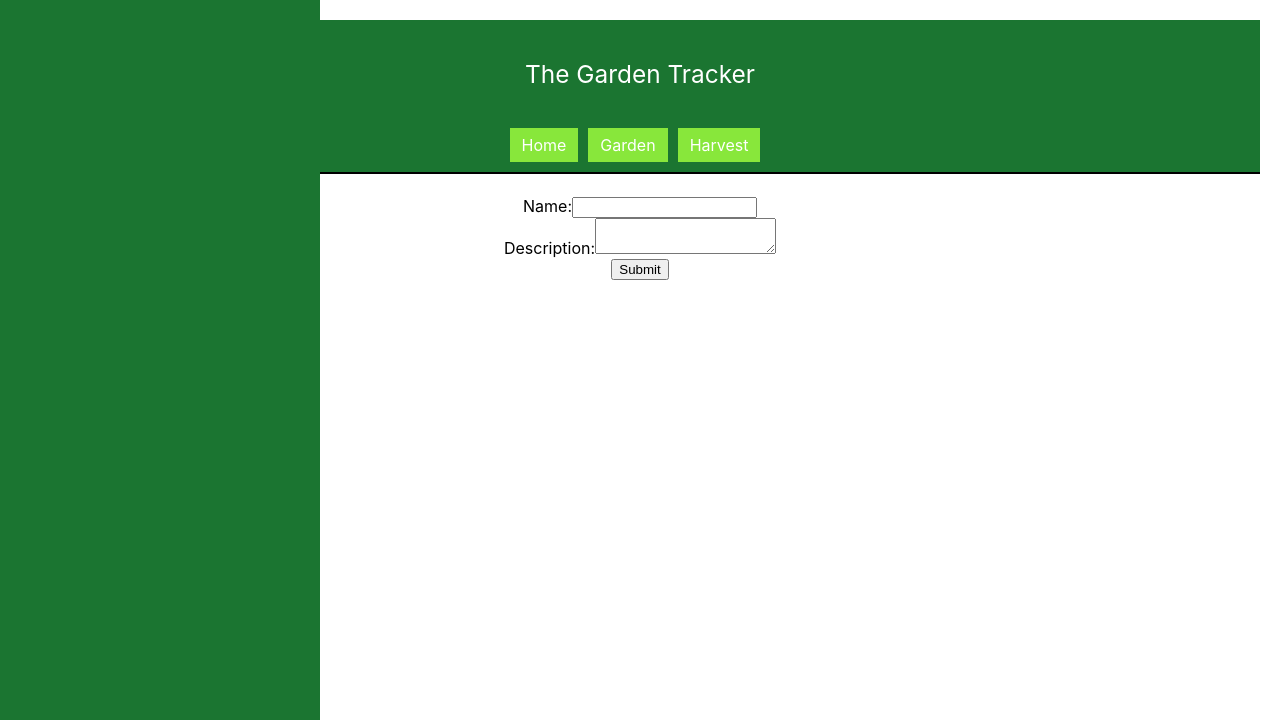
Repository: charliejp0311/ReactReduxFinal
Page: /garden (app in gardentracker/)
The author's editor kept a copy of each file at every save. The page is drawn from the files as they stood at one save, then again after the next save.
The browser window is 1280 px wide. The pictures show the whole page.
The page's requests for data from a server got no answer. The project was rebuilt for these pictures with package versions that can differ from the ones it lists, and the page was loaded fresh each time. No one was signed in, and anything a server would have sent is missing. Also part of the build but not shown: gardentracker/src/containers/GardenbookContainer.js, gardentracker/src/components/GardenPlant.js, gardentracker/src/components/HarvestPlant.js, gardentracker/src/containers/HarvestContainer.js, gardentracker/src/components/UpdatePlantForm.js, gardentracker/src/components/NoteForm.js, gardentracker/src/components/noteList.js, gardentracker/src/containers/PlantContainer.js and 1 more.

Above is the page before, as saved 2020-11-12 09:31:31.

### gardentracker/src/index.js
import React from 'react';
import ReactDOM from 'react-dom';
//style
import './index.css';
//APP
import App from './containers/App';
//Reducer
import reducer from './redux/index'
//router
import { BrowserRouter } from "react-router-dom";
//store and middleware
import { Provider } from 'react-redux';
import { applyMiddleware, createStore } from 'redux';
import { composeWithDevTools } from 'redux-devtools-extension';
import thunk from 'redux-thunk';

const store = createStore(reducer, composeWithDevTools(
  applyMiddleware(thunk),
));


ReactDOM.render(
  <Provider store={store}>
    <BrowserRouter>
      <App />
    </BrowserRouter>
  </Provider>,
  document.getElementById('root')
);

### gardentracker/src/containers/App.js
import React,{Component} from 'react';
import '../App.css';
import { connect } from 'react-redux';
import {startSetGardenbook} from '../redux/actions';
import {Switch,Route} from 'react-router-dom';
import GardenbookContainer from './GardenbookContainer';
import GardenContainer from './GardenContainer';
import HarvestContainer from './HarvestContainer';
import PlantContainer from './PlantContainer';
import NavBar from '../components/Navbar';
import HarvestedPlant from '../components/HarvestedPlant';

class App extends Component {


  componentDidMount(){
    this.props.startSetGardenbook();

  };

  render(){
    return (
      <div className="App">
          <header className="App-header">
            The Garden Tracker
          </header>
          <NavBar />
          <Switch>
            <Route exact path='/' render={(props)=><GardenbookContainer {...props} />} />
            <Route exact path='/garden' render={(props)=><GardenContainer {...props} />}/>
            <Route exact path='/harvest' render={(props)=><HarvestContainer {...props}/>}/>
            <Route exact path='/plants/:id' render={(props)=><PlantContainer {...props}  />}/>
            <Route exact path='/harvested_plant/:id' render={props=><HarvestedPlant {...props} />} />
          </Switch>
      </div>
    );
  };
}

export default connect(null, {startSetGardenbook})(App);

### gardentracker/src/redux/index.js
import { combineReducers } from 'redux';
import garden from './GardenReducer'

export default combineReducers({
    garden
})

### gardentracker/src/App.css
.App {
  text-align: center;
  transition: margin-left .5s;
  padding: 20px;
}

.App-logo {
  height: 40vmin;
  pointer-events: none;
}

/* @media (prefers-reduced-motion: no-preference) {
  .App-logo {
    animation: App-logo-spin infinite 20s linear;
  }
} */

.App-header {
  background-color: #1b7531;
  min-height: 15vh;
  display: flex;
  flex-direction: column;
  align-items: center;
  justify-content: center;
  font-size: calc(10px + 2vmin);
  color: white;
}
.sidenav {
  height: 100%;
  width: 25%;
  /* 0 width - change this with JavaScript */
  position: fixed;
  /* Stay in place */
  z-index: 1;
  /* Stay on top */
  top: 0;
  /* Stay at the top */
  left: 0;
  background-color: #1b7531;
  /* Black*/
  overflow-x: hidden;
  /* Disable horizontal scroll */
  padding-top: 60px;
  /* Place content 60px from the top */
  transition: 0.5s;
  /* 0.5 second transition effect to slide in the sidenav */
}

/* The navigation menu links */
.sidenav a {
  padding: 8px 8px 8px 32px;
  text-decoration: none;
  font-size: 25px;
  color: #818181;
  display: block;
  transition: 0.3s;
}

/* When you mouse over the navigation links, change their color */
.sidenav a:hover {
  color: #f1f1f1;
}

/* Position and style the close button (top right corner) */
.sidenav .closebtn {
  position: absolute;
  top: 0;
  right: 25px;
  font-size: 36px;
  margin-left: 50px;
}



/* On smaller screens, where height is less than 450px, change the style of the sidenav (less padding and a smaller font size) */
@media screen and (max-height: 450px) {
  .sidenav {
    padding-top: 15px;
  }

  .sidenav a {
    font-size: 18px;
  }
}

ul {
  list-style: none;
}

.garden div {
  column-count: auto;
}
.App-link {
  color: #beebf8;
}

.garden {
  display: grid;
  grid-template-columns: 3fr;
  grid-template-rows: auto;
  grid-gap: 25px;
  padding-top: 10px;
  padding-bottom: 30px;
}

.plant {
  height: auto;
  width: auto;
  box-shadow: 10px 10px grey;
  padding: 10px;
  border-radius: 10px;
}

.navBar a:link,
.navBar a:visited {
  background-color: #88e73b;
  color: white;
  padding: 7px 12px;
  text-align: center;
  text-decoration: none;
  display: inline-block;
}

.navBar a:hover,
.navBar a:active {
  background-color: #1b7531;
}

@keyframes App-logo-spin {
  from {
    transform: rotate(0deg);
  }
  to {
    transform: rotate(360deg);
  }
}

### gardentracker/src/redux/actions.js

export const startSetGardenbook = () => {
    return(dispatch, getState)=>{
        fetch('http://localhost:3001/gardenbooks/1')
            .then(resp=>resp.json())
            .then(data=> dispatch(setGardenbook(data)))
    };
};

export const startAddPlant = (plantData={}) => {
    const {name,description,gardenbook_id} = plantData;
    const plant ={
        name,
        description,
        gardenbook_id,
    };
    let configObj = {
        method: "POST",
        headers: {
            "Content-Type": "application/json",
            "Accept": "application/json"
        },
        body: JSON.stringify(plant)
    };
    return (dispatch, getState) =>{
        fetch(`http://localhost:3001/plants`, configObj )
        .then(resp=>resp.json())
        .then(json=>dispatch(addPlant(json)))
    };
};

export const startUpdatePlant = (plantData={}) => {
    const {name,description,gardenbook_id, id, growing} = plantData;
    const plant ={
        id,
        name,
        description,
        gardenbook_id,
        growing,
    };
    let configObj = {
        method: "PATCH",
        headers: {
            "Content-Type": "application/json",
            "Accept": "application/json"
        },
        body: JSON.stringify(plant)
    };
    return (dispatch, getState) =>{
        fetch(`http://localhost:3001/plants/${plant.id}`, configObj )
        .then(resp=>resp.json())
        .then(json=>dispatch(updatePlant(json)))
    };
};

export const startDeletePlant = (plantData={}) => {
    const {name,description,gardenbook_id, id, growing} = plantData;
    const plant ={
        id,
        name,
        description,
        gardenbook_id,
        growing,
    };
    let configObj = {
        method: "DELETE",
        headers: {
            "Content-Type": "application/json",
            "Accept": "application/json"
        },
        body: JSON.stringify(plant)
    };
    return (dispatch, getState) =>{
        fetch(`http://localhost:3001/plants/${plant.id}`, configObj )
        .then(resp=>resp.json())
        .then(json=>dispatch(deletePlant(json)))
    };
};
export const startDeleteNote = (id = '') => {
    const note = {
        id: id,
    }
    let configObj = {
        method: "DELETE",
        headers: {
            "Content-Type": "application/json",
            "Accept": "application/json"
        },
        body: JSON.stringify(note),
    };
    return (dispatch, getState) =>{
        fetch(`http://localhost:3001/notes/${note.id}`, configObj )
        .then(resp=>resp.json())
        .then(json=>dispatch(deleteNote(json)))
    };
};

export const startAddNote = (noteData={}) => {
    const {note,plant_id,gardenbook_id,actionId} = noteData;
    const newNote ={
        note,
        plant_id,
        gardenbook_id,
        action_id: actionId
    };
    let configObj = {
        method: "POST",
        headers: {
            "Content-Type": "application/json",
            "Accept": "application/json"
        },
        body: JSON.stringify(newNote)
    };
    return (dispatch, getState) =>{
        fetch(`http://localhost:3001/notes`, configObj )
        .then(resp=>resp.json())
        .then(json=>dispatch(addNote(json)))
    };
};

export const setGardenbook = (book)=>{
    return{
        type: "SET_GARDENBOOK",
        book
    }
}


//PLANTS
export const addPlant = (plant) => {
    return {type: 'ADD_PLANT',plant}
}
export const updatePlant = (plant) =>{
    return {type: 'UPDATE_PLANT',plant}
}
export const deletePlant = (plant) => {
    return {type: 'DELETE_PLANT',plant}
}
export const harvestPlant = (plant) => {
    return {type: 'HARVEST_PLANT',plant}
}

////NOTES

export const addNote = (note) => {
    return {type: 'ADD_NOTE',note}
}
export const deleteNote = (note) => {
    return {type: 'DELETE_NOTE',note}
}

### gardentracker/src/containers/GardenContainer.js
import React,{Component} from 'react';
import {connect} from 'react-redux';
import  PlantForm  from "../components/PlantForm";
import  PlantList  from "../components/PlantList";
import {SideNav} from '../components/sideNav'


class GardenContainer extends Component{

    render(){
        const plant = {}
        return(
        <div className='garden'>
            {/* <SideNav key={this.props.id} /> */}
            {this.props.SideNav(this.props.garden)}
            <PlantForm plant={plant} gardenbook_id={this.props.id} />
            <PlantList garden={this.props.garden} notes={this.props.notes}/>
        </div>
        );
    };
};

const mapStateToProps = state => {
    return{
        id: state.garden.id,
        garden: state.garden.garden,
        notes: state.garden.notes
    }
}

export default connect(mapStateToProps,{SideNav})(GardenContainer);

### gardentracker/src/components/Navbar.js
import React from 'react';
import { NavLink } from 'react-router-dom';

const NavBar = () => {
  return (
    <div className='navBar' style={{ borderBottom: '2px solid black', paddingBottom: '10px', marginBottom: '12px', background: '#1b7531' }}>
      <NavLink
        style={{ marginRight: '10px' }}
        to="/"
      >
        Home
      </NavLink>
      <NavLink
        style={{ marginRight: '10px' }}
        to="/garden"
      >
        Garden
      </NavLink>
      <NavLink
        style={{ marginRight: '10px' }}
        to="/harvest"
      >
        Harvest
      </NavLink>
    </div>
  );
}

export default NavBar;

### gardentracker/src/redux/GardenReducer.js
export default function garden (state = {
    id: '',
    garden: [],
    harvest: [],
    notes: [],
    actions: []
},action){
    switch (action.type) {
        case 'SET_GARDENBOOK':
            let parts = action.book.included
            let gl = []
            let hl = []
            let nl = []
            let al = []
            parts.forEach(part => {
                switch (part.type) {
                    case "action":
                        al.push(part.attributes)
                        break;
                    case "note":
                        nl.push(part.attributes)

                        break;
                    case "plant":
                        if(part.attributes.growing){
                            gl.push(part.attributes)
                        } else {
                            hl.push(part.attributes)
                        }
                        break;

                    default:
                        break;
                }
            });
            return {
                id: action.book.data.id,
                notes: nl,
                garden: gl,
                harvest: hl,
                actions: al,
            };

        case 'ADD_PLANT':
            return {
                ...state,
                garden: state.garden.concat({name: action.plant.name})
            };
        case 'UPDATE_PLANT':
            const plant = action.plant.data.attributes
            const {garden} = state
            const newG = garden.slice(0,plant.id-1)
            newG.push(plant, ...garden.slice(plant.id,garden.length))

            return {
                ...state,
                garden: newG,
            };
        case 'ADD_NOTE':
            const notesData = action.note.data
            const actionsData = action.note.included
            const actions = actionsData.map(action=>{return(action.attributes)})
            const notes = notesData.map(note=>{return(note.attributes)})
            return {
                ...state,
                notes: notes,
                actions: actions,
            };

        case 'DELETE_PLANT':
            const plants = action.plant.included;
            const freshGarden = plants.filter(plant=>plant.attributes.growing ? plant.attributes : null)

            return {
                ...state,
                garden: freshGarden.flat(),
            };
        case 'DELETE_NOTE':
            const allNotes = action.note.included;
            const ns = allNotes.map(note=>{return(note.attributes)});

            return {
                ...state,
                notes: ns,
            };

        case 'HARVEST_PLANT':
            let p = state.plants.filter(plant=>plant.name===action.plant.name) ;
            let inTheGarden = state.plants.filter(plant=>plant.name!==action.plant.name);
            return{
                ...state,
                plants: inTheGarden,
                harvest: state.harvest.concat(p),
            };

        default:
            return state;
    };
};

### gardentracker/src/components/plantForm.js
import React,{Component} from "react";
import { connect } from "react-redux";
import { startAddPlant } from '../redux/actions'
import {startSetGardenbook} from '../redux/actions';

class PlantForm extends Component {
    constructor(props){
        // console.log(props)
        super(props);
        this.state = {
            name: '',
            description: '',
        }
    }
    handleChange=e=>{
      switch (e.target.name) {
        case 'name':
            this.setState({
                ...this.state,
                name: e.target.value
            })
            break;
        case 'description':
            this.setState({
                ...this.state,
                description: e.target.value
            });
            break;
        default:
            break;
      };
    };

    handleSubmit=e=>{
        e.preventDefault();
        this.props.startAddPlant({...this.state, gardenbook_id: this.props.gardenbook_id})
        this.setState({
            ...this.state,
            name: "",
            description: "",
        });
        this.props.startSetGardenbook();
    };
    render(){
        return(
            <form onSubmit={this.handleSubmit}>
                <label htmlFor='name' >
                    Name:
                    <input type='text' name='name' onChange={this.handleChange} value={this.state.name}/>
                </label><br />
                <label htmlFor='description' >
                    Description:
                    <textarea name='description' onChange={this.handleChange} value={this.state.description}/>
                </label><br />
                <input type='submit' />
            </form>
        );
    };
};


export default connect(null,{startAddPlant, startSetGardenbook})(PlantForm);

### gardentracker/src/components/plantList.js
import React, { Component } from "react";
import {connect} from 'react-redux';
import GardenPlant from "./GardenPlant";
import HarvestPlant from "./HarvestPlant";

class PlantList extends Component{
    testHarvest(){
        let plants = []
        if (this.props.garden) {
            plants = this.props.garden.map(plant=><GardenPlant key={plant.id} plant={plant} />)
        }else{
            plants = this.props.harvest.map(plant=><HarvestPlant key={plant.id} plant={plant} />)
        }
        return plants;
    }

    render(){
        return(
            <div>{this.testHarvest()}</div>
        );
    };
};

export default connect(null)(PlantList);

### gardentracker/src/components/sideNav.js
import React from 'react';

export const SideNav=(pl)=>{
    const linkList = pl.map(plant=>{return(<a key={plant.id} href={`/plants/${plant.id}`}>{plant.name}</a>)})
    ///i want this to be either the plant list in the garden or the plant list in the harvest
    //should ge as props a list of plant id's
    return(
        <div id='side-Bar' className='sidenav'>
            {linkList}
        </div>
    );
};

Loaded but not shown: gardentracker/public/index.html (common file); gardentracker/src/index.css (common file)

After the next save:
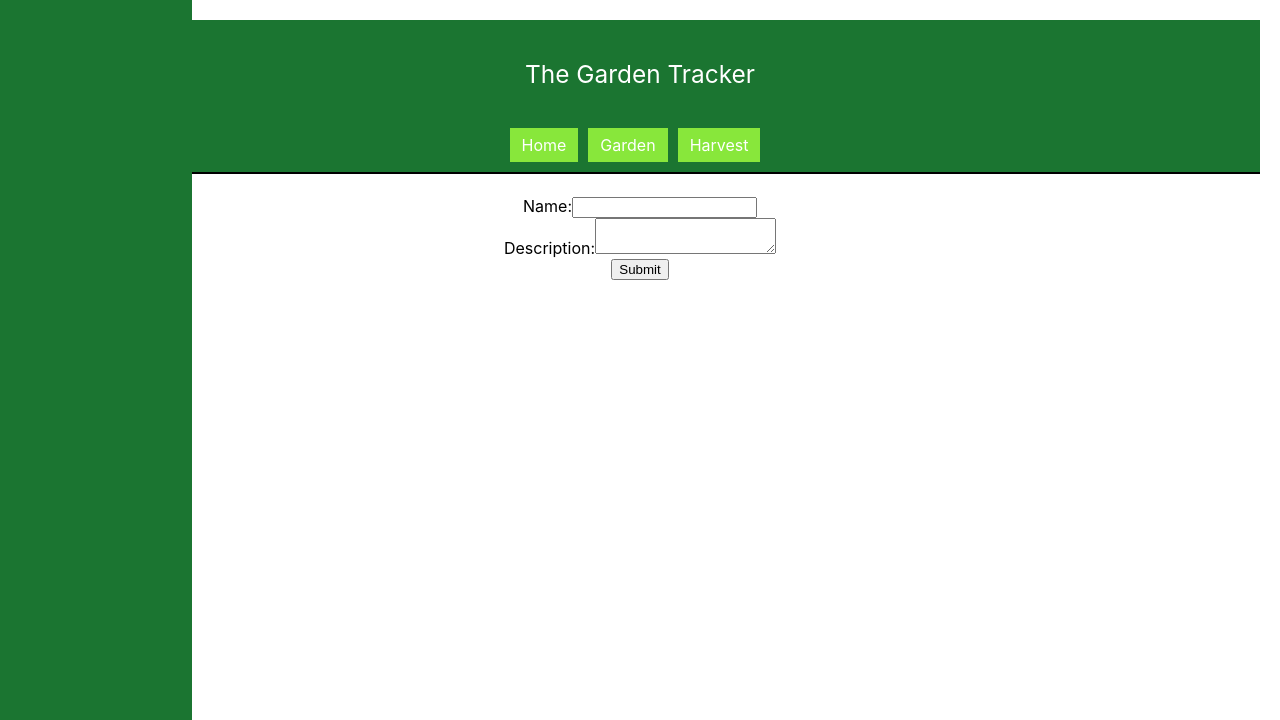
Saved 10 s later.
--- a/gardentracker/src/App.css
+++ b/gardentracker/src/App.css
@@ -27,7 +27,7 @@
 }
 .sidenav {
   height: 100%;
-  width: 25%;
+  width: 15%;
   /* 0 width - change this with JavaScript */
   position: fixed;
   /* Stay in place */
